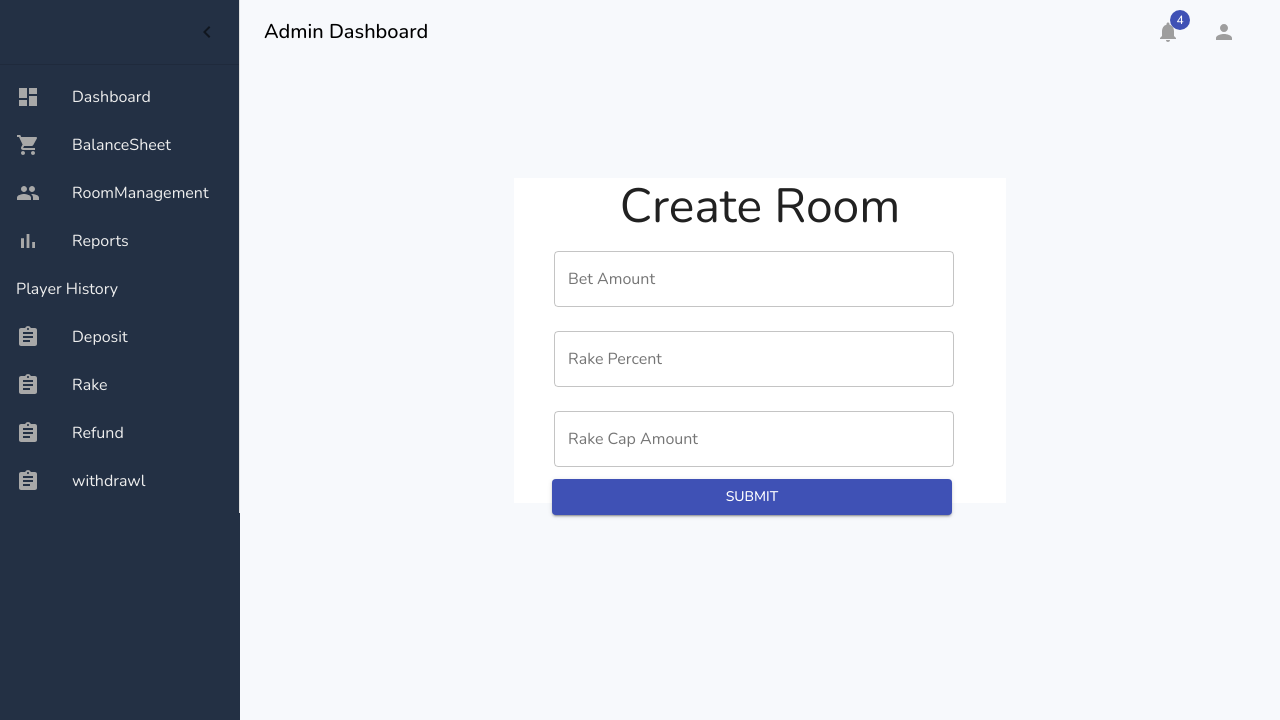
Repository: imayankbisht/ludofrontend
Page: /create
An editor plug-in stored every save of this project. The page is shown before and after the next save, followed by the edit.
The browser window is 1280 px wide. The pictures show the whole page.
The project was rebuilt for these pictures with package versions that can differ from the ones it lists, and the page was loaded fresh each time. Also part of the build but not shown: src/Components/Title.js, src/Components/Cards/Deposits.js, src/Components/Cards/Cashout.js, src/Components/Cards/Netbalance.js, src/Components/Cards/Rake.js, src/Components/Cards/Refund.js, src/Components/UserControl.js, src/Components/UserTable.js and 5 more.

Above is the page before, as saved 2021-01-20 13:16:41.

### src/App.js
import React from 'react';
import './App.css';
import {
  BrowserRouter as Router,
  Switch,
  Route,
 Redirect
} from "react-router-dom";
// import SignInOutContainer from './containers';
import Dashboard from './Components/Dashboard';
import Login from './Components/login';
// import RoomManagement from './Container/RoomManagement';
import UserManagement from './Components/UserManagement';
import UserForm from './Components/UserForm';
import EditForm from './Components/EditForm';
import BalanceSheet from './Components/balanceSheet';
import Routes from './routes';
import Main from './Container/Main';
 function App(props) {
  return (
    <div className="App">
  <Router >

   <Main/>
  </Router>


      </div>
  );
}


export default App;

### src/App.css
.App {
  /* text-align: center; */

}

.App-logo {
  height: 40vmin;
  pointer-events: none;
}

@media (prefers-reduced-motion: no-preference) {
  .App-logo {
    animation: App-logo-spin infinite 20s linear;
  }
}

.App-header {
  background-color: #282c34;
  min-height: 100vh;
  display: flex;
  flex-direction: column;
  align-items: center;
  justify-content: center;
  font-size: calc(10px + 2vmin);
  color: white;
}

.App-link {
  color: #61dafb;
}

@keyframes App-logo-spin {
  from {
    transform: rotate(0deg);
  }
  to {
    transform: rotate(360deg);
  }
}

### src/Components/Dashboard.js
import React from 'react';
import clsx from 'clsx';
import { makeStyles } from '@material-ui/core/styles';
import CssBaseline from '@material-ui/core/CssBaseline';
import Drawer from '@material-ui/core/Drawer';
import Box from '@material-ui/core/Box';
import AppBar from '@material-ui/core/AppBar';
import Toolbar from '@material-ui/core/Toolbar';
import List from '@material-ui/core/List';
import Typography from '@material-ui/core/Typography';
import Divider from '@material-ui/core/Divider';
import IconButton from '@material-ui/core/IconButton';
import Badge from '@material-ui/core/Badge';
import Container from '@material-ui/core/Container';
import Grid from '@material-ui/core/Grid';
import Paper from '@material-ui/core/Paper';
// import Link from '@material-ui/core/Link';
import MenuIcon from '@material-ui/icons/Menu';
import ChevronLeftIcon from '@material-ui/icons/ChevronLeft';
import NotificationsIcon from '@material-ui/icons/Notifications';
import Deposits from './Cards/Deposits';
import MenuItem from "@material-ui/core/MenuItem";
import MenuList from "@material-ui/core/MenuList";
import Hidden from "@material-ui/core/Hidden";
import Grow from "@material-ui/core/Grow";
import Poppers from "@material-ui/core/Popper";
import ClickAwayListener from "@material-ui/core/ClickAwayListener";
import Person from "@material-ui/icons/Person";
import classNames from "classnames";
import Button from "@material-ui/core/Button";
import {Link, Redirect} from 'react-router-dom';
import "typeface-nunito";
import  Cashout from './Cards/Cashout';
import Netbalance from './Cards/Netbalance';
import Rake from './Cards/Rake';
import Refund from './Cards/Refund';
import UserManagement from './UserManagement';
import routes from '../routes'
import { Switch, Route} from "react-router-dom";
import ListItem from '@material-ui/core/ListItem';
import ListItemIcon from '@material-ui/core/ListItemIcon';
import BalanceSheet from './balanceSheet';
import Sidebar from './Sidebar';
import Routes from '../routes';
import { ThemeProvider, createMuiTheme } from '@material-ui/core/styles';
const theme = createMuiTheme({

  typography: {
      fontFamily: [
        'Nunito',
        'serif',
      ].join(','),
  },
});

const drawerWidth = 240;

const useStyles = makeStyles((theme) => ({
  root: {
    display: 'flex',
  },
  toolbar: {
    paddingRight: 24, // keep right padding when drawer closed
  },
  toolbarIcon: {
    display: 'flex',
    alignItems: 'center',
    justifyContent: 'flex-end',
    padding: '0 8px',
    ...theme.mixins.toolbar,
  },
  appBar: {
    zIndex: theme.zIndex.drawer + 1,
    transition: theme.transitions.create(['width', 'margin'], {
      easing: theme.transitions.easing.sharp,
      duration: theme.transitions.duration.leavingScreen,
    }),
  },
  appBarShift: {
    marginLeft: drawerWidth,
    width: `calc(100% - ${drawerWidth}px)`,
    transition: theme.transitions.create(['width', 'margin'], {
      easing: theme.transitions.easing.sharp,
      duration: theme.transitions.duration.enteringScreen,
    }),
  },
  menuButton: {
    marginRight: 36,
  },
  menuButtonHidden: {
    display: 'none',
  },
  title: {
    flexGrow: 1,
  },
  drawerPaper: {
    position: 'relative',
    whiteSpace: 'nowrap',
    width: drawerWidth,
    transition: theme.transitions.create('width', {
      easing: theme.transitions.easing.sharp,
      duration: theme.transitions.duration.enteringScreen,
    }),
  },
  drawerPaperClose: {
    overflowX: 'hidden',
    transition: theme.transitions.create('width', {
      easing: theme.transitions.easing.sharp,
      duration: theme.transitions.duration.leavingScreen,
    }),
    width: theme.spacing(7),
    [theme.breakpoints.up('sm')]: {
      width: theme.spacing(9),
    },
  },
  appBarSpacer: theme.mixins.toolbar,
  content: {
    flexGrow: 1,
    height: '100vh',
    overflow: 'auto',
  },
  container: {
    paddingTop: theme.spacing(4),
    paddingBottom: theme.spacing(4),
  },
  paper: {
    padding: theme.spacing(2),
    display: 'flex',
    overflow: 'auto',
    flexDirection: 'column',
  },
  fixedHeight: {
    height: 240,
  },
}));

 function Dashboard(props) {
  const classes = useStyles();
  const [open, setOpen] = React.useState(true);
  const [openProfile, setOpenProfile] = React.useState(null);
  const handleClickProfile = event => {
    if (openProfile && openProfile.contains(event.target)) {
      setOpenProfile(null);
    } else {
      setOpenProfile(event.currentTarget);
    }
  };
  const handleCloseProfile = () => {
    setOpenProfile(null);
  };
  const handleDrawerOpen = () => {
    setOpen(true);
  };
  const handleDrawerClose = () => {
    setOpen(false);
  };
  const fixedHeightPaper = clsx(classes.paper, classes.fixedHeight);

  return (
    <ThemeProvider theme={theme}>
    <div className={classes.root}>
      <CssBaseline />
      <AppBar position="absolute" style={{ background: '#f7f9fc',color:'black',boxShadow: "none" }} className={clsx(classes.appBar, open && classes.appBarShift)}>
        <Toolbar className={classes.toolbar}>
          <IconButton
            edge="start"
            color="inherit"
            aria-label="open drawer"
            onClick={handleDrawerOpen}
            className={clsx(classes.menuButton, open && classes.menuButtonHidden)}
          >
            <MenuIcon />
          </IconButton>

          <Typography component="h1" variant="h6"  color="inherit" noWrap className={classes.title}>
          Admin Dashboard
          </Typography>

          <IconButton style={{ color: '#9e9e9e'}} color="inherit">
            <Badge badgeContent={4}  color="primary">
              <NotificationsIcon  />
            </Badge>
          </IconButton>
          <Button
          color={window.innerWidth > 959 ? "transparent" : "white"}
          justIcon={window.innerWidth > 959}
          simple={!(window.innerWidth > 959)}
          aria-owns={openProfile ? "profile-menu-list-grow" : null}
          aria-haspopup="true"
          onClick={handleClickProfile}
          className={classes.buttonLink}
        >
          <Person style={{ color: '#9e9e9e'}} className={classes.icons} />
          <Hidden mdUp implementation="css">
            <p className={classes.linkText}>Profile</p>
          </Hidden>
        </Button>
        <Poppers
          open={Boolean(openProfile)}
          anchorEl={openProfile}
          transition
          disablePortal
          className={
            classNames({ [classes.popperClose]: !openProfile }) +
            " " +
            classes.popperNav
          }
        >
          {({ TransitionProps, placement }) => (
            <Grow
              {...TransitionProps}
              id="profile-menu-list-grow"
              style={{
                transformOrigin:
                  placement === "bottom" ? "center top" : "center bottom"
              }}
            >
              <Paper>
                <ClickAwayListener onClickAway={handleCloseProfile}>
                  <MenuList role="menu">
                    <MenuItem
                      onClick={handleCloseProfile}
                      className={classes.dropdownItem}
                    >
                      Profile
                    </MenuItem>
                    <MenuItem
                      onClick={handleCloseProfile}
                      className={classes.dropdownItem}
                    >
                      Settings
                    </MenuItem>
                    <Divider light />
                    <Link style={{color:'black', textDecoration:'none'}} to="login">
                    <MenuItem
                      onClick={handleCloseProfile}
                      className={classes.dropdownItem}
                    >
                      Logout
                    </MenuItem>
                    </Link>
                  </MenuList>
                </ClickAwayListener>
              </Paper>
            </Grow>
          )}
        </Poppers>
        </Toolbar>
      </AppBar>
     <Box bgcolor="#233044">
     <Drawer
        variant="permanent"
        classes={{
          paper: clsx(classes.drawerPaper, !open && classes.drawerPaperClose),
        }}
        open={open}
      >
        <Box bgcolor="#233044">
        <div className={classes.toolbarIcon}>
          <IconButton onClick={handleDrawerClose}>
            <ChevronLeftIcon />
          </IconButton>
        </div>
        <Divider />
        <List><Sidebar /></List>
        </Box>
      </Drawer>
     </Box>
      <main style={{ background: '#f7f9fc'}} className={classes.content}>
        <div className={classes.appBarSpacer} />
        <Container maxWidth="lg" className={classes.container}>
          <Grid container spacing={3}>


              <Routes/>

          </Grid>


        </Container>
      </main>
    </div>
    </ThemeProvider>
  );
}
export default Dashboard;

### src/Components/UserForm.js
import React ,{useState , useEffect} from 'react';
import {apiCall} from '../services/apiCall';
import {Container, Typography ,Grid ,TextField , makeStyles ,Button} from '@material-ui/core';
import "typeface-nunito";
import { ThemeProvider, createMuiTheme } from '@material-ui/core/styles';
const theme = createMuiTheme({

  typography: {
      fontFamily: [
        'Nunito',
        'serif',
      ].join(','),
  },

});

const useStyles = makeStyles((theme)=>({
  paper: {
    marginTop: theme.spacing(8),
    display: 'flex',
    flexDirection: 'column',
    alignItems: 'center',
    height:'100px'
  },

  form: {
    width: '100%', // Fix IE 11 issue.
    marginTop: theme.spacing(1),
  },
  submit: {
    margin: theme.spacing(3, 0, 2),
  },
  body: {
    backgroundColor: "#F7F9FC"
  },


}))


export default function UserForm(props){
    const {heading} = props;
    const [betAmount , setBetamount]=useState("");
    const [rakePercent , setRakepercent]=useState("");
    const [rakeCapAmount , setRakeCapAmount]=useState("");
    const classes = useStyles();

    const handleSubmit = (e) =>{
       e.preventDefault();
       const data ={
         bet:betAmount,
         rakePercent:rakePercent,
         rakeCap:rakeCapAmount
       }
       apiCall('post','https://ylrwt.sse.codesandbox.io/room/createroom',data);
       setRakeCapAmount("");
       setBetamount("");
       setRakepercent("");
    }
    return(
      <ThemeProvider theme={theme}>
            <Container  maxWidth="sm" className={classes.paper}>
            <Typography component="div" style={{ backgroundColor: '#FFFFFF', height: '80vh' ,margin:'30px' }}>
            <Typography align="center" variant="h3" component="h2" gutterBottom>
                {heading}
            </Typography>
            <form onSubmit={handleSubmit} className={classes.form} >
                <Grid container spacing={3}>
                   <Grid item sm={4} md={12}>
                     <TextField

                        label="Bet Amount"
                        name="betAmount"
                        variant="outlined"
                        style={{width:'400px',marginLeft:'40px'}}
                        value={betAmount}
                        onChange={(e)=>{setBetamount(e.target.value)}}
                      />
                        </Grid>
                        <Grid item sm={4} md={12}>
                      <TextField
                        label="Rake Percent"
                        name="rakePercent"
                        variant="outlined"
                        style={{width:'400px',marginLeft:'40px'}}

                        value={rakePercent}
                        onChange={(e)=>{setRakepercent(e.target.value)}}
                      />
                        </Grid>
                        <Grid item sm={4} md={12}>
                      <TextField
                        label="Rake Cap Amount"
                        name="rakeCapAmount"
                        variant="outlined"
                        style={{width:'400px',marginLeft:'40px'}}

                        value={rakeCapAmount}
                        onChange={(e)=>{setRakeCapAmount(e.target.value)}}
                      />
                   </Grid>
                   <Button type="submit" variant="contained"  color="primary"
                   style={{width:'400px',marginLeft:'50px'}}>
                   Submit
                </Button>
                </Grid>

            </form>
            </Typography>
            </Container>
            </ThemeProvider>
    )
}

### src/routes.js
import React from 'react';
import {
  BrowserRouter as Router,
  Switch,
  Route,
  Redirect
} from "react-router-dom";
// import SignInOutContainer from './containers';
import Dashboard from './Components/Dashboard';
import Login from './Components/login';
// import RoomManagement from './Container/RoomManagement';
import UserManagement from './Components/UserManagement';
import UserForm from './Components/UserForm';
import EditForm from './Components/EditForm';
import BalanceSheet from './Components/balanceSheet';
import Main from './Container/Main';
function Routes() {
  return (

    <Router >


      <Route>
      {/* <Route path="/login" render={props => <Login {...props} />} /> */}

        <Route path="/BalanceSheet" render={props => <BalanceSheet {...props} />} />

        <Route path="/roomManagement" render={props => <UserManagement {...props} />} />
        <Route path="/create" render={props => (
          <UserForm heading="Create Room" {...props} />
        )} />
        <Route exact path="/api/edit/:id" render={props => {
          return (
            <EditForm {...props} />
          )
        }} />


      </Route>


    </Router>

  );
}


export default Routes;

### src/Container/Main.js
import UserManagement from '../Components/UserManagement';
import {Switch ,Route,Redirect} from 'react-router-dom';
import UserForm from '../Components/UserForm';
import EditForm from '../Components/EditForm';
import React from 'react';
import Dashboard from '../Components/Dashboard';
import Sidebar from '../Components/Sidebar';
import Login from '../Components/login';
import Routes from '../routes';
export default function Main(props){
    return(
        <div>
            {/* <Switch>
                <Route exact path="/userman" render={props =><UserManagement {...props} />} />
                <Route exact path="/create" render={props =>(
                    <UserForm heading="Create Room" />
                )}/>
                <Route exact path="/api/edit/:id" render={props =>{
                    return(
                        <EditForm {...props}/>
                    )
                }}/>
            </Switch> */}
           {/* <Switch>

            <Route path="/login" component={Login} />
         <Route path="/Dashboard" component={Dashboard} />

            <Redirect from="/" to="/login" />
           </Switch> */}

          <Dashboard/>

        </div>
    )
}

### src/Components/Sidebar.js
import React,{useState} from 'react';
import ListItem from '@material-ui/core/ListItem';
import {SidebarItems} from './SidebarItems';
import {Link} from 'react-router-dom';
import { ListItemText } from '@material-ui/core';
import ListItemIcon from '@material-ui/core/ListItemIcon';

export default function Sidebar(defaultActive) {
    const [activeIndex, setActiveIndex] = useState(defaultActive || 1);
    return (
        <>

                {

                    SidebarItems.map((item,index)=> {
                        const {name,icon,route}=item;

                        return (
                            <Link style={{ textDecoration: 'none'}} to={route}>
                            <ListItem style={{ color: '#eeeeee'}} key={name} active={index === activeIndex} >
                                {icon && <ListItemIcon style={{ color: '#a8a8a8'}}>{icon}</ListItemIcon>}
                               <ListItemText primary={name} />
                            </ListItem>
                            </Link>
                        );
                    })
                }

        </>
    );
}

### src/services/apiCall.js
import axios from 'axios';

export function apiCall(method ,path , data){
    return new Promise((resolve ,reject)=>{
        return axios[method](path , data)
        .then(res => {
            return resolve(res.data);
        })
        .catch(err =>{
            return reject(err.response.data.error);
        });
    });
}

### src/Components/SidebarItems.js
import React from 'react';
import ListItem from '@material-ui/core/ListItem';
import ListItemIcon from '@material-ui/core/ListItemIcon';
import ListItemText from '@material-ui/core/ListItemText';
import ListSubheader from '@material-ui/core/ListSubheader';
import DashboardIcon from '@material-ui/icons/Dashboard';
import ShoppingCartIcon from '@material-ui/icons/ShoppingCart';
import PeopleIcon from '@material-ui/icons/People';
import BarChartIcon from '@material-ui/icons/BarChart';
import LayersIcon from '@material-ui/icons/Layers';
import AssignmentIcon from '@material-ui/icons/Assignment';
import Box from '@material-ui/core/Box';
import Divider from '@material-ui/core/Divider';
import "typeface-nunito";
import { ThemeProvider, createMuiTheme } from '@material-ui/core/styles';
import { Button } from '@material-ui/core';
import { Link } from 'react-router-dom';
const theme = createMuiTheme({

  typography: {
    fontFamily: [
      'Nunito',
      'serif',
    ].join(','),
  },
});
export const SidebarItems = [

  // <ThemeProvider theme={theme}>
  // <div>

  //  <ListItem button>
  //     <ListItemIcon>
  //       <DashboardIcon  style={{ color: '#a8a8a8'}}/>
  //     </ListItemIcon>
  //     <ListItemText style={{ color: '#eeeeee'}}  primary="Dashboard" />
  //   </ListItem>
  //   <ListItem button>
  //     <ListItemIcon>
  //       <ShoppingCartIcon style={{ color: '#a8a8a8'}}/>
  //     </ListItemIcon>
  //     <ListItemText style={{ color: '#eeeeee'}} primary="BalanceSheet" />
  //   </ListItem>
  //   <ListItem button>
  //     <ListItemIcon>
  //       <PeopleIcon style={{ color: '#a8a8a8'}} />
  //     </ListItemIcon>
  //     <Link style={{ textDecoration:'none'}}to="/UserManagement">

  //     <ListItemText style={{ color: '#eeeeee'}} primary="RoomManagement" />
  //     </Link>
  //   </ListItem>
  //   <ListItem button>
  //     <ListItemIcon>
  //       <BarChartIcon style={{ color: '#a8a8a8'}} />
  //     </ListItemIcon>
  //     <ListItemText style={{ color: '#eeeeee'}} primary="Reports" />
  //   </ListItem>
  //   <Divider />
  //   <ListSubheader style={{ color: '#eeeeee'}} inset>Player history</ListSubheader>
  //   <ListItem button>
  //     <ListItemIcon>
  //       <AssignmentIcon style={{ color: '#a8a8a8'}} />
  //     </ListItemIcon>
  //     <ListItemText style={{ color: '#eeeeee'}} primary="Deposit" />
  //   </ListItem>
  //   <ListItem button>
  //     <ListItemIcon>
  //       <AssignmentIcon style={{ color: '#a8a8a8'}} />
  //     </ListItemIcon>
  //     <ListItemText style={{ color: '#eeeeee'}} primary="Rake" />
  //   </ListItem>
  //   <ListItem button>
  //     <ListItemIcon>
  //       <AssignmentIcon style={{ color: '#a8a8a8'}} />
  //     </ListItemIcon>
  //     <ListItemText style={{ color: '#eeeeee'}} primary="Refund" />
  //   </ListItem>
  //   <ListItem button>
  //     <ListItemIcon>
  //       <AssignmentIcon style={{ color: '#a8a8a8'}} />
  //     </ListItemIcon>
  //     <ListItemText style={{ color: '#eeeeee'}} primary="Withdrawl" />
  //   </ListItem>


  // </div>
  // </ThemeProvider>
  {
    route:'/Dashboard',
    name: "Dashboard",
    icon:<DashboardIcon/>
  },
  {
    route:'/BalanceSheet',
    name: "BalanceSheet",
    icon:<ShoppingCartIcon/>
  },
  {
    route:'/roomManagement',
    name: "RoomManagement",
    icon:<PeopleIcon/>
  },
  {

    name: "Reports",
    icon:<BarChartIcon/>
  },
  {
    name: "Player History"
  },
  {
    name: "Deposit",
    icon:<AssignmentIcon/>
  },
  {
    name: "Rake",
    icon:<AssignmentIcon/>
  },
  {
    name: "Refund",
    icon:<AssignmentIcon/>
  },
  {
    name: "withdrawl",
    icon:<AssignmentIcon/>
  },

];

Loaded but not shown: public/index.html (common file); src/index.js (common file); src/index.css (common file); src/serviceWorker.js (common file)

After the next save:
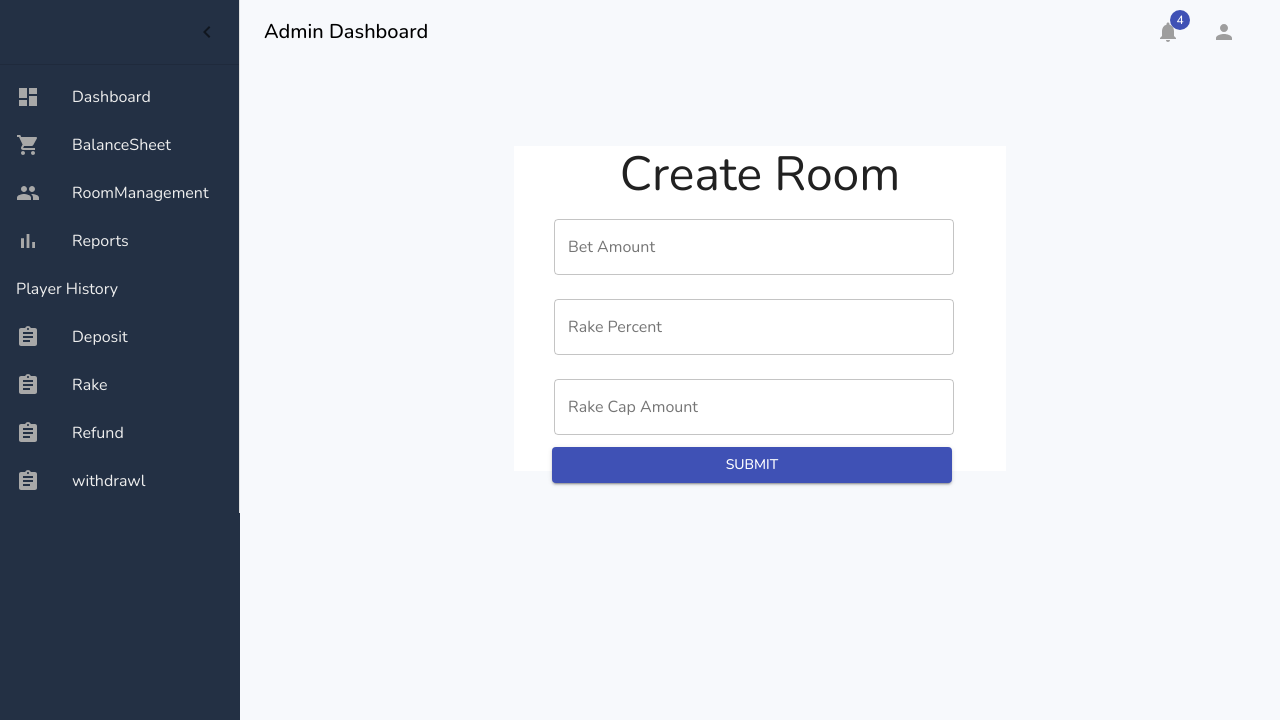
Saved 16 s later.
--- a/src/Components/UserForm.js
+++ b/src/Components/UserForm.js
@@ -16,7 +16,7 @@ const theme = createMuiTheme({
 
 const useStyles = makeStyles((theme)=>({
   paper: {
-    marginTop: theme.spacing(8),
+    marginTop: theme.spacing(4),
     display: 'flex',
     flexDirection: 'column',
     alignItems: 'center',
